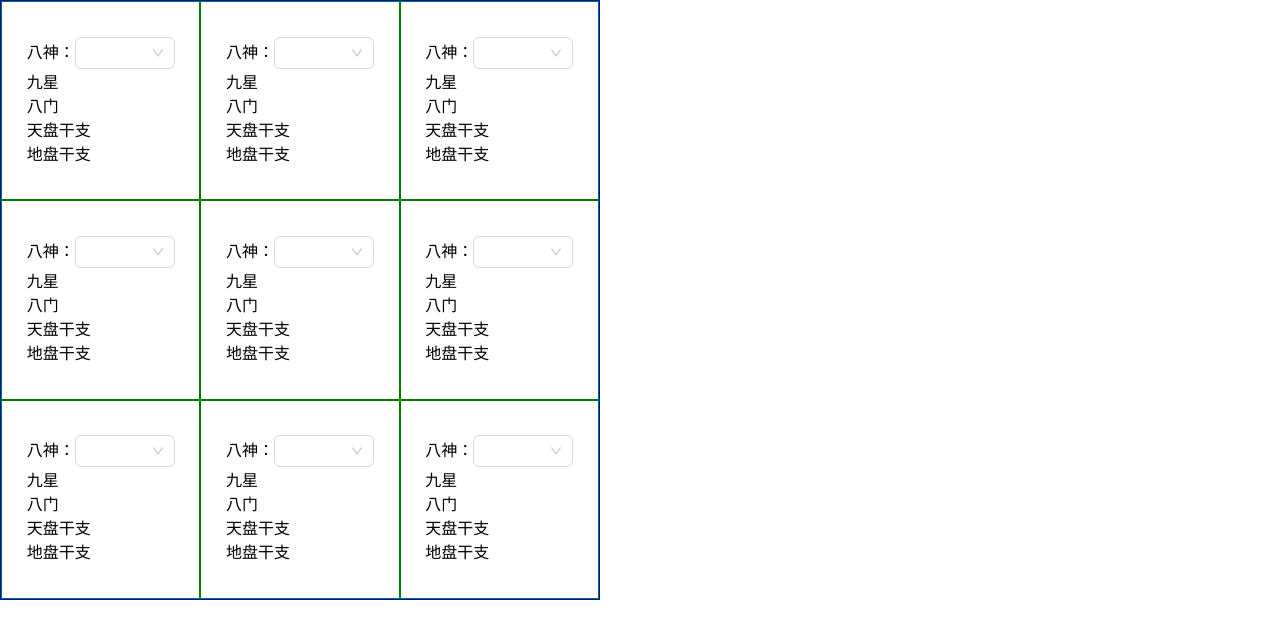
Repository: DaozhangChen/qiMen
Page: /
The author's editor kept a copy of each file at every save. The page is drawn from the files as they stood at one save, then again after the next save.
The browser window is 1280 px wide. The pictures show the whole page.
The project was rebuilt for these pictures with package versions that can differ from the ones it lists, and the page was loaded fresh each time. Also part of the build but not shown: vite.config.js.

Above is the page before, as saved 2024-04-04 19:00:55.

### src/App.jsx
import Suduku from './compoment/Suduku'

function App() {

  return (
    <>
      <Suduku />
    </>
  )
}

export default App

### src/index.css
* {
  padding: 0;
  margin: 0;
  box-sizing: border-box;
}

ul,
li {
  list-style: none;
}

### src/compoment/Suduku.jsx
import "./Suduku.css"
import InfoSelect from "./InfoSelect"

function Suduku() {
    const regionArr = [1, 2, 3, 4, 5, 6, 7, 8, 9]

    return (
        <div className="sudoku-grid">
            {/* 生成九宫格 */}
            {regionArr.map((value) => (
                <div key={`row-${value}`} className="sudoku-row">
                    <li className="suduku-cell">
                        <li className="god">八神：<span><InfoSelect type="god" /></span></li>
                        <li className="star">九星</li>
                        <li className="door">八门</li>
                        <li className="upStem">天盘干支</li>
                        <li className="downStem">地盘干支</li>
                    </li>
                </div>
            ))}
        </div>
    )
}
export default Suduku

### src/compoment/Suduku.css
.sudoku-grid {
    border: 1px solid blue;
    width: 600px;
    height: 600px;
    display: grid;
    grid-template-columns: repeat(3, 1fr);
    grid-template-rows: repeat(3, 1fr);

}

.sudoku-row {
    display: flex;
    border: 1px solid green;
    align-items: center;
    justify-content: center;
}

### src/compoment/InfoSelect.jsx
import { Select } from "antd";
import setOption from "../toolFunction/setOption"

// eslint-disable-next-line react/prop-types
const InfoSelect = ({ type }) => {
    const option = setOption(type)
    return (
        <>
            <Select style={{ width: 100 }} options={option} />
        </>
    )
}

export default InfoSelect

### src/toolFunction/setOption.js
function setupOption(arr) {
    const option = arr.map((value) => {
        const obj = {}
        obj.label = value
        obj.label = value
        return obj
    })
    return option
}

const setOption = (type) => {
    const godArr = ["值符", "腾蛇", "太阴", "六合", "白虎", "玄武", "九地", "九天"]
    const starArr = ["天蓬星", "天任星", "天冲星", "天辅星", "天音星", "天芮星", "天柱星", "天心星", "天芮星"]
    const doorArr = ["休门", "生门", "伤门", "杜门", "景门", "死门", "惊门", "开门"]
    const stemArr = ["戊", "己", "庚", "辛", "壬", "癸", "丁", "丙", "乙"]
    const resultMap = {
        "god": setupOption(godArr),
        "star": setupOption(starArr),
        "door": setupOption(doorArr),
        "stem": setupOption(stemArr)
    }
    return resultMap[type]
}

export default setOption

Loaded but not shown: index.html (common file); src/main.jsx (common file)

After the next save:
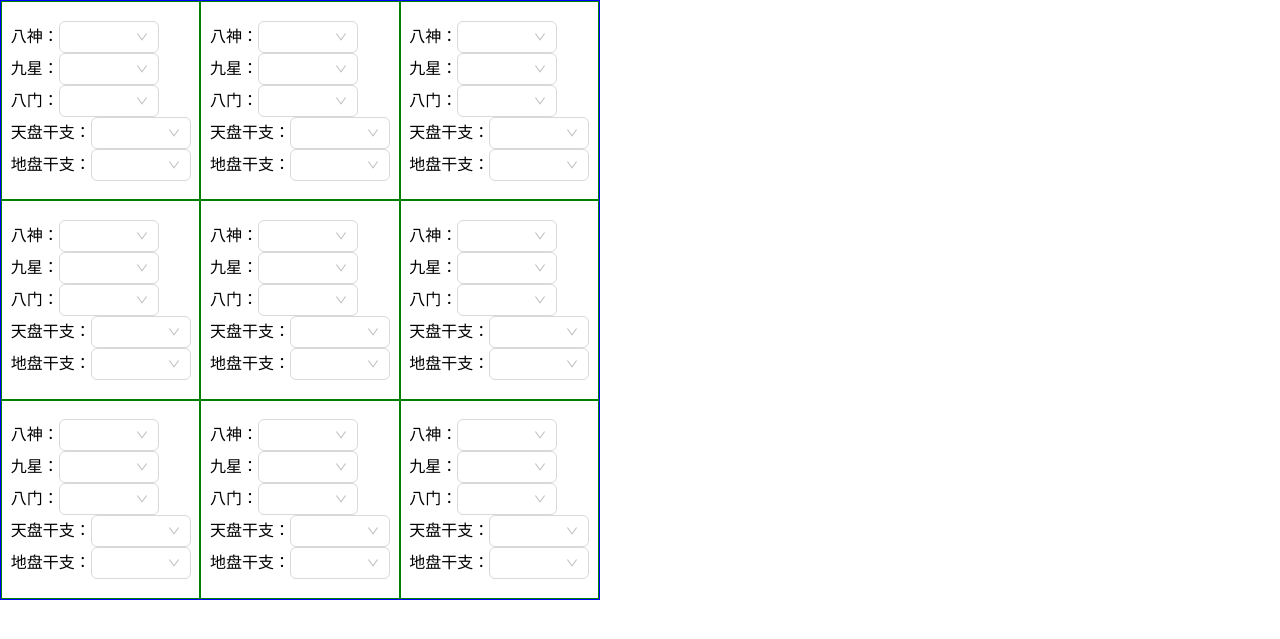
Saved 1 s later.
--- a/src/compoment/Suduku.jsx
+++ b/src/compoment/Suduku.jsx
@@ -11,10 +11,10 @@ function Suduku() {
                 <div key={`row-${value}`} className="sudoku-row">
                     <li className="suduku-cell">
                         <li className="god">八神：<span><InfoSelect type="god" /></span></li>
-                        <li className="star">九星</li>
-                        <li className="door">八门</li>
-                        <li className="upStem">天盘干支</li>
-                        <li className="downStem">地盘干支</li>
+                        <li className="star">九星：<span><InfoSelect type="star" /></span></li>
+                        <li className="door">八门：<span><InfoSelect type="door" /></span></li>
+                        <li className="upStem">天盘干支：<span><InfoSelect type="stem" /></span></li>
+                        <li className="downStem">地盘干支：<span><InfoSelect type="stem" /></span></li>
                     </li>
                 </div>
             ))}
